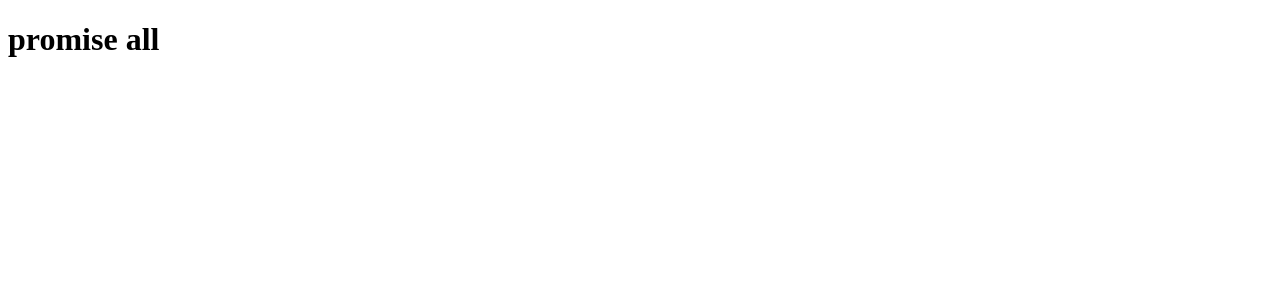
Repository: Magiciaan/pokeapi2
Page: new.html
These files come from the project's save history. The page is drawn as it stood at one moment and after the next save; the edit follows.
The browser window is 1280 px wide. The pictures show the whole page.
The page's requests for data from a server got no answer.

Above is the page before, as saved 2023-01-09 23:40:05.

After the next save:
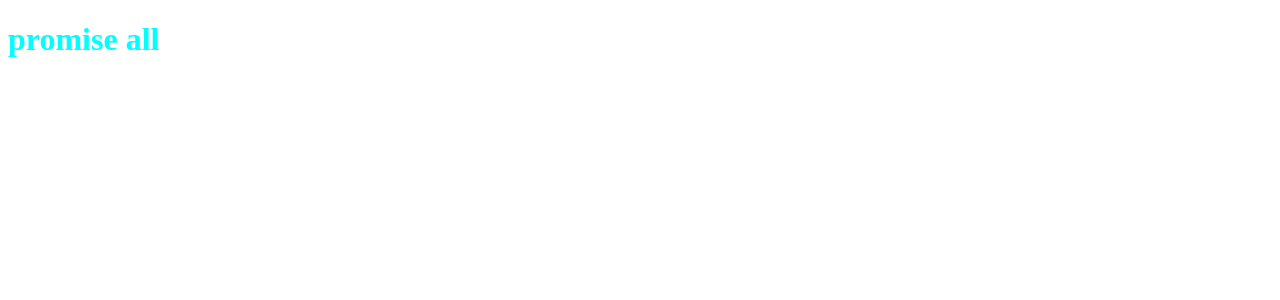
Saved 10 s later.
--- a/new.css
+++ b/new.css
@@ -1,3 +1,4 @@
 body{
     align-self: center;
+    color: aqua;
 }
